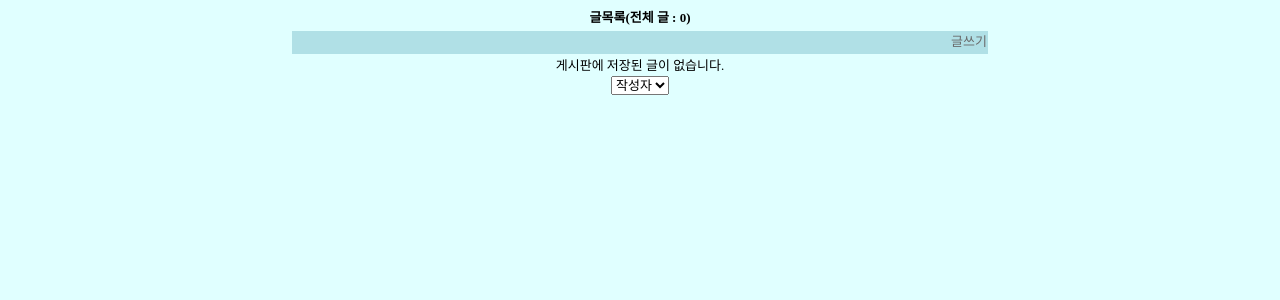
Repository: kr1124/jsp
Page: http://localhost/ServletProject/board/list.jsp
An editor plug-in stored every save of this project. The page is shown before and after the next save, followed by the edit.
The browser window is 1280 px wide. The pictures show the whole page.
The page is served by Tomcat 9. Queries for data that is not in the repository find no rows.

Above is the page before, as saved 2024-12-12 03:07:36.

After the next save:
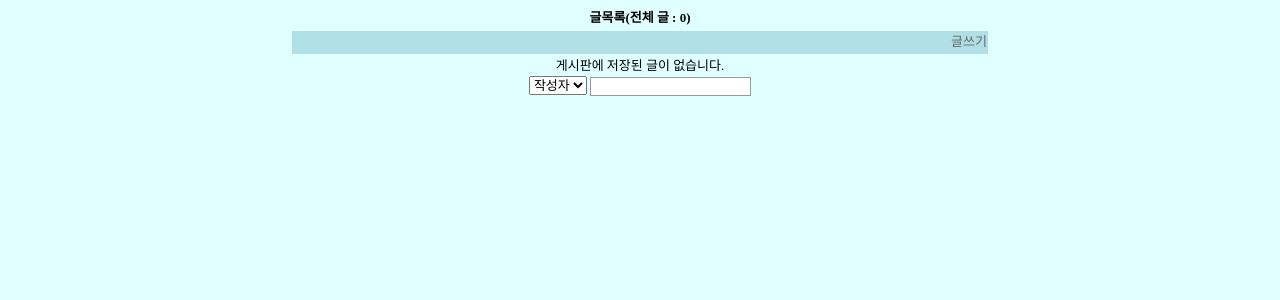
Saved 21 s later.
--- a/ServletProject/src/main/webapp/board/list.jsp
+++ b/ServletProject/src/main/webapp/board/list.jsp
@@ -150,6 +150,7 @@
 				<option value="subject">제목</option>
 				<option value="content">내용</option>
 			</select>
+			<input type="text" value="">
 		</form>
 	</div>
 </body>
